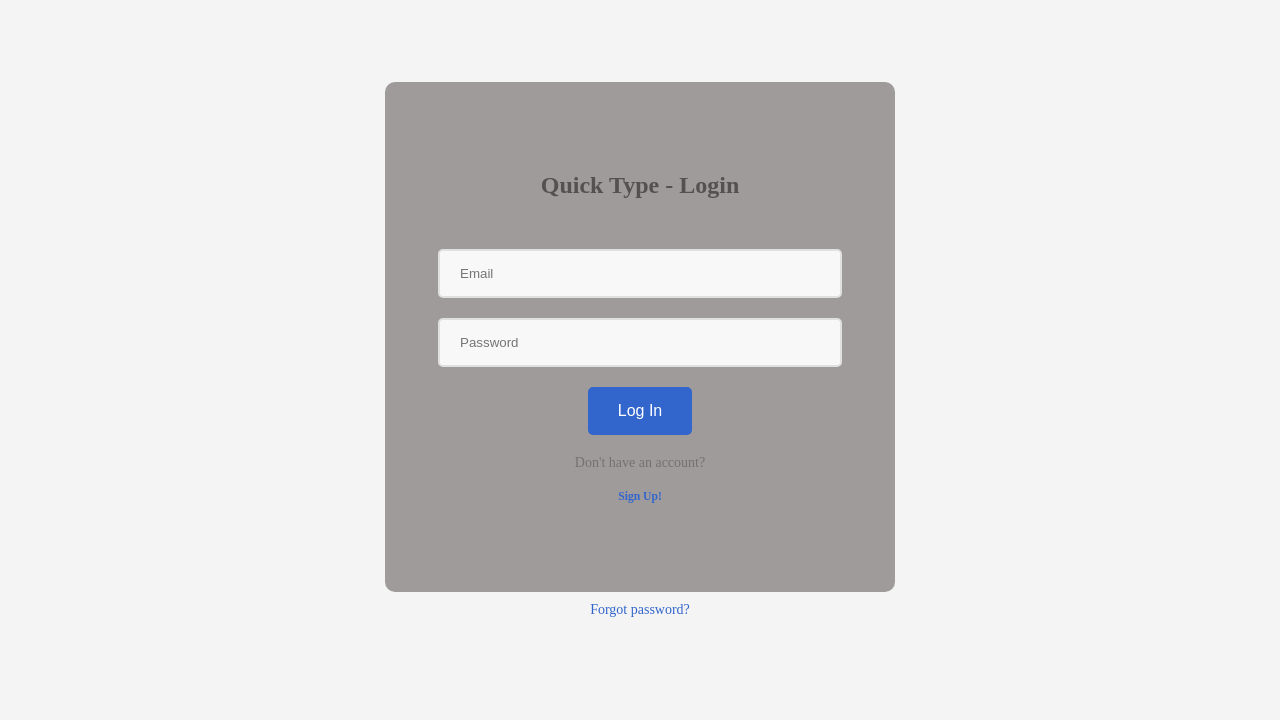
Repository: BuddyBob/mathmaking
Page: /#/login
These files come from the project's save history. The page is drawn as it stood at one moment and after the next save; the edit follows.
The browser window is 1280 px wide. The pictures show the whole page.
The project was rebuilt for these pictures with package versions that can differ from the ones it lists, and the page was loaded fresh each time. Also part of the build but not shown: webpack.config.js, src/Home.js, src/components/register/Signup.js.

Above is the page before, as saved 2023-06-10 11:31:21.

### public/index.html
<!DOCTYPE html>
<html lang="en">
  <head>
    <meta charset="utf-8" />
    <link rel="icon" href="%PUBLIC_URL%/favicon.ico" />
    <meta name="viewport" content="width=device-width, initial-scale=1" />
    <meta name="theme-color" content="#000000" />
    <meta
      name="description"
      content="Web site created using create-react-app"
    />
    <link rel="apple-touch-icon" href="%PUBLIC_URL%/logo192.png" />

    <link rel="manifest" href="%PUBLIC_URL%/manifest.json" />

    <title>Math Making</title>
  </head>
  <body>
    <noscript>You need to enable JavaScript to run this app.</noscript>
    <div id="root"></div>

  </body>
</html>

### src/index.js
import App from './App';
import { AuthProvider } from './components/context/AuthContext';
import React from 'react';
import ReactDOM from 'react-dom';
import { HashRouter as Router } from 'react-router-dom';
ReactDOM.render(

    <Router>
        <AuthProvider>
        < App />
        </AuthProvider>
    </Router>, document.getElementById("root"));

### src/App.js
import {
  Route,
  Routes,
} from "react-router-dom";

import Home from "./Home";
import Login from './components/register/Login'
import Signup from './components/register/Signup'

export default function App() {
  return (
        <Routes>
            <Route  exact path='/' element={<Home/>} />
            <Route exact path='/signup' element={<Signup/>}/>
            <Route exact path='/login' element={<Login/>}/>
        </Routes>
  );
}

### src/components/context/AuthContext.js
import React,  { useContext, useState, useEffect } from 'react'
import { auth } from '../../firebase'
const AuthContext = React.createContext()
export function useAuth() {
    return useContext(AuthContext)
}
export function AuthProvider({children}) {
    const [currentUser, setCurrentUser] = useState()
    const [loading, setLoading] = useState(true)
    function signup(email,password){
        return auth.createUserWithEmailAndPassword(email,password)
    }
    function login(email,password){
        return auth.signInWithEmailAndPassword(email,password)
    }
    function logout(){
        return auth.signOut()
    }
    function resetPassword(email){
        return auth.sendPasswordResetEmail(email)
    }
    useEffect(() => {
        const unsubscribe = auth.onAuthStateChanged(user => {
            setCurrentUser(user)
            setLoading(false)
        })
        return unsubscribe
    }, [])

    const value = {
        currentUser,
        login,
        signup,
        logout,
        resetPassword,
    }
    return (

        <AuthContext.Provider value={value}>
            {!loading && children}
        </AuthContext.Provider>
    )
}

### src/components/register/Login.js
import './Register.css'

import { Alert, AlertTitle } from '@material-ui/lab';
import React, { useRef, useState } from 'react'

import CloseIcon from '@material-ui/icons/Close';
import IconButton from '@material-ui/core/IconButton';
import { Link } from 'react-router-dom'
import { makeStyles } from '@material-ui/core/styles';
import { useAuth } from '../context/AuthContext'
import { useNavigate } from 'react-router-dom';

const useStyles = makeStyles((theme) => ({
    root: {
      width: '100%',
      '& > * + *': {
        marginTop: theme.spacing(),
      },
    },
    errorText: {
        textAlign: 'left'
    }
  }));
function modErrors(error){
    console.log(error)
    switch (true){
        case error === 'There is no user record corresponding to this identifier. The user may have been deleted.':
            error = "We could not find this user."
        case error === "The password is invalid or the user does not have a password.":
            error = "We could not find this user."
    }
    return error;

}
const Login = () =>  {
        const classes = useStyles();
        const emailRef = useRef()
        const passwordRef = useRef()
        const { login } = useAuth()
        const [error, setError] = useState('')
        const [loading, setLoading] = useState("false")
        const navigate = useNavigate();
        async function handleSubmit(e) {
            e.preventDefault()
            try {
              setError('')
              setLoading("true")
              const x = await login(emailRef.current.value, passwordRef.current.value)
              console.log("LOGGED IN TO USER", x.user.uid)
              localStorage.setItem("currentUserId",x.user.uid)
              navigate('/')
            } catch(err) {
                setError(modErrors(err.message))
            }

            setLoading("false")
        }

        return (
            <div>
                <div className="wrapper fadeInDown">
                    <div id="formContent">
                        <div className="fadeIn first">
                        <h2 className="register-title">Quick Type - Login</h2>
                        </div>
                        {error &&
                            <div className={classes.root}>
                                <Alert
                                    action={
                                        <IconButton
                                        aria-label="close"
                                        color="inherit"
                                        size="small"
                                        onClick={() => {
                                            setError('');
                                        }}
                                        >
                                        <CloseIcon className={classes.closeIcon} fontSize="inherit" />
                                        </IconButton>
                                    }
                                className={classes.errorText}
                                severity="error">
                                    <AlertTitle>Oh No!</AlertTitle>
                                    {error}
                                </Alert>
                            </div>
                        }
                        <form onSubmit={handleSubmit}>
                            <input autoComplete="off" ref={emailRef} type="text" id="email" className="fadeIn second" name="login" placeholder="Email" required/>
                            <input autoComplete="off" ref={passwordRef} type="password" id="password" className="fadeIn third" name="login" placeholder="Password" required/>
                            <input disable={loading} type="submit" className="fadeIn fourth" value="Log In"/>
                        </form>
                        <div className="redirect-register">
                            <span className="redirect-register-text">Don't have an account? <Link to="/signup" style={{ textDecoration: 'none' }}><h5 className="redirect-register-click">Sign Up!</h5></Link></span>
                        </div>
                    </div>
                    <div className="pt-2 forgot-pwd">
                        <Link to="/forgot-password"> <span >Forgot password?</span></Link>
                    </div>
                </div>
            </div>
        )
}
export default Login

### src/firebase.js
import 'firebase/compat/auth';
import 'firebase/compat/firestore';

import firebase from 'firebase/compat/app';

const app = firebase.initializeApp({
    apiKey: "AIzaSyDUYKn6vGOKdjmqakLQxaPY67alcD0Vsd8",
    authDomain: "mathmaking-f547c.firebaseapp.com",
    projectId:  "mathmaking-f547c",
    storageBucket: "mathmaking-f547c.appspot.com",
    messagingSenderId: "939151747045",
    appId: "1:939151747045:web:788ff28e0c364e37fab10c"
})
export const auth = app.auth()
export var db = firebase.firestore();

### src/index.css
:root {
  --primary-color: #3366CC;
  --secondary-color: #FF9933;
  --background-color: #F4F4F4;
  --text-color: #737272;
  --title-color: #565151;
}
@import url('https://fonts.googleapis.com/css2?family=Open+Sans:wght@300;400&family=Roboto:wght@500&display=swap');

html {
  -webkit-overflow-x-scrolling: hidden;
  overflow-x: hidden !important;
}

body {
  margin: 0;
  padding: 0;
  -webkit-overflow-x-scrolling: hidden;
  overflow-x: hidden !important;
  color: var(--text-color);
  height: 100%;
  flex-direction: column;
  justify-content: center;
  align-items: center;
}

@media screen and (min-height: 800px) {
  body {
    overflow-y: hidden;
  }
}

.title {
  font-family: 'Open Sans', sans-serif;
  font-family: 'Roboto', sans-serif;
  font-size: 100px;
  color: var(--title-color);
  text-align: center;
  margin-bottom: 10px;
}

.subtitle {
  font-family: 'Verdana', sans-serif;
  font-size: 22pt;
  color: var(--text-color);
  text-align: center;
  margin-top: 5px;
}

.container {
  display: flex;
  justify-content: center;
  align-items: center;
  height: 100vh;
}

.login-button {
  display: inline-block;
  padding: 10px 20px;
  font-family: 'Arial', sans-serif;
  font-size: 16px;
  color: #fff;
  background-color: var(--primary-color);
  border: none;
  border-radius: 5px;
  cursor: pointer;
  transition: background-color 0.3s ease;
}

.login-button:hover {
  background-color: var(--secondary-color);
}

.login-button:focus {
  outline: none;
}

.login-button:active {
  background-color: var(--highlight);
}

.Home {
  text-align: center;
}

.addUser-icon,
.login-icon {
  color: var(--text-color);
  margin: 10px;
  transition: color 0.3s ease;
}

.addUser-icon:hover,
.login-icon:hover {
  color: var(--primary-color);
}

### src/components/register/Register.css
:root {
  --primary-color: #3366CC;
  --secondary-color: #FF9933;
  --background-color: #F4F4F4;
  --background-color2: rgb(159, 155, 155);
  --text-color: #737272;
  --title-color: #565151;
}
  /* Wrapper */
  .wrapper {
    display: flex;
    align-items: center;
    justify-content: center;
    flex-direction: column;
    min-height: 100vh;
    background-color: var(--background-color);
  }

  /* Form Content */
  #formContent {
    background-color: var(--background-color2);
    padding: 30px;
    width: 90%;
    max-width: 450px;
    height: 450px;
    border-radius: 10px;
    text-align: center;
  }

  /* Title */
  .register-title {
    color: var(--title-color);
    font-size: 24px;
    margin-bottom: 50px;
    margin-top: 60px;
  }

  /* Error Message */
  .error-container {
    margin-bottom: 20px;
  }

  .error-text {
    color: var(--title-color);
    font-size: 14px;
    text-align: left;
  }

  .closeIcon {
    color: var(--title-color);
  }

  /* Form Inputs */
  input[type="text"],
  input[type="password"] {
    background-color: #F8F8F8;
    border: 2px solid #E0E0E0;
    color: var(--text-color);
    padding: 15px 20px;
    margin-bottom: 20px;
    width: 80%;
    border-radius: 5px;
    transition: border-color 0.3s ease;
  }

  input[type="text"]:focus,
  input[type="password"]:focus {
    border-color: var(--primary-color);
    outline: none;
  }

  /* Submit Button */
  input[type="submit"] {
    background-color: var(--primary-color);
    border: none;
    color: #FFFFFF;
    padding: 15px 30px;
    text-align: center;
    text-decoration: none;
    font-size: 16px;
    border-radius: 5px;
    cursor: pointer;
    transition: background-color 0.3s ease;
  }

  input[type="submit"]:hover {
    background-color: var(--secondary-color);
  }

  /* Redirect Register */
  .redirect-register {
    margin-top: 20px;
    color: var(--text-color);
    font-size: 14px;
  }

  .redirect-register-text {
    color: var(--text-color);
  }

  .redirect-register-click {
    color: var(--primary-color);
    text-decoration: none;
  }

  .redirect-register-click:hover {
    text-decoration: underline;
  }

  /* Forgot Password */
  .forgot-pwd {
    margin-top: 10px;
    color: var(--text-color);
    font-size: 14px;
    text-align: center; /* Center the text horizontally */
    margin-bottom: 20px; /* Add some space below the forgot password link */
  }

  .forgot-pwd a {
    color: var(--primary-color);
    text-decoration: none;
  }

  .forgot-pwd a:hover {
    text-decoration: underline;
  }

After the next save:
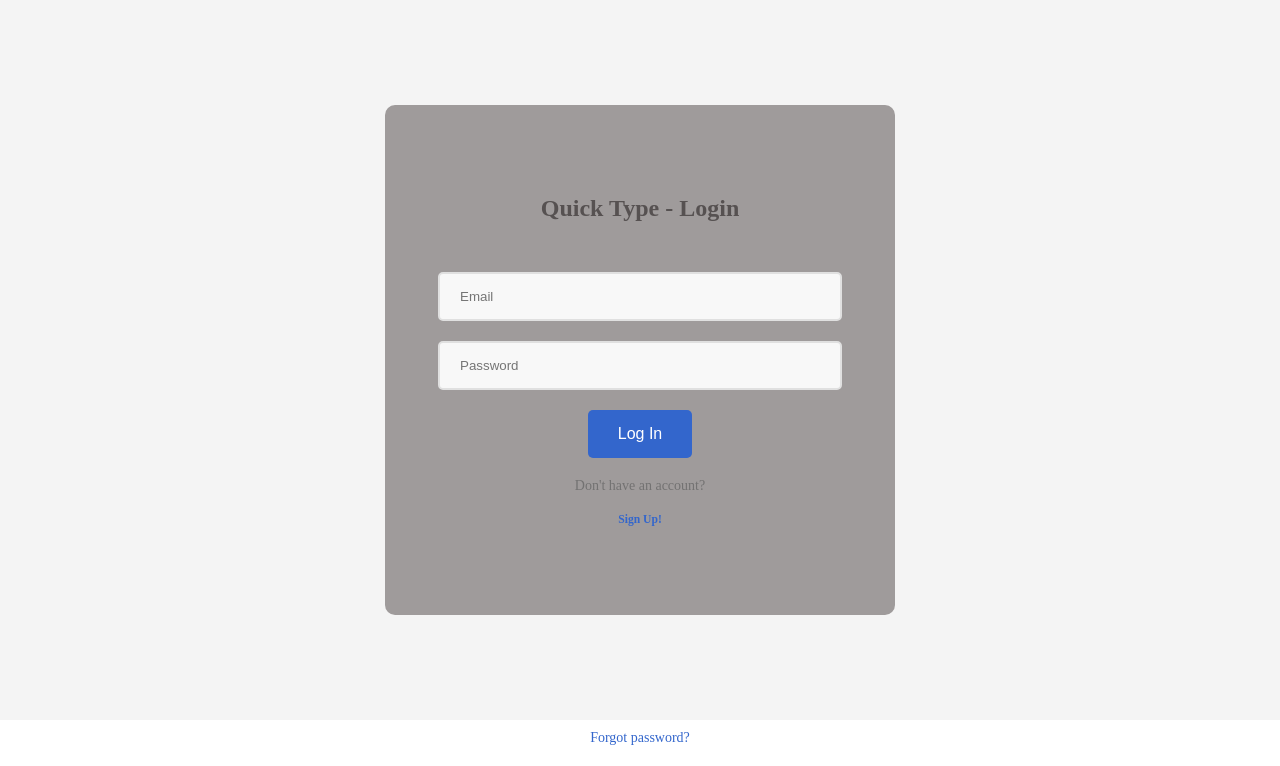
Saved 7 s later.
--- a/src/components/register/Login.js
+++ b/src/components/register/Login.js
@@ -94,10 +94,10 @@
                             <span className="redirect-register-text">Don't have an account? <Link to="/signup" style={{ textDecoration: 'none' }}><h5 className="redirect-register-click">Sign Up!</h5></Link></span>
                         </div>
                     </div>
-                    <div className="pt-2 forgot-pwd">
+                </div>
+                <div className="pt-2 forgot-pwd">
                         <Link to="/forgot-password"> <span >Forgot password?</span></Link>
                     </div>
-                </div>
             </div>
         )
 }

After the save that followed:
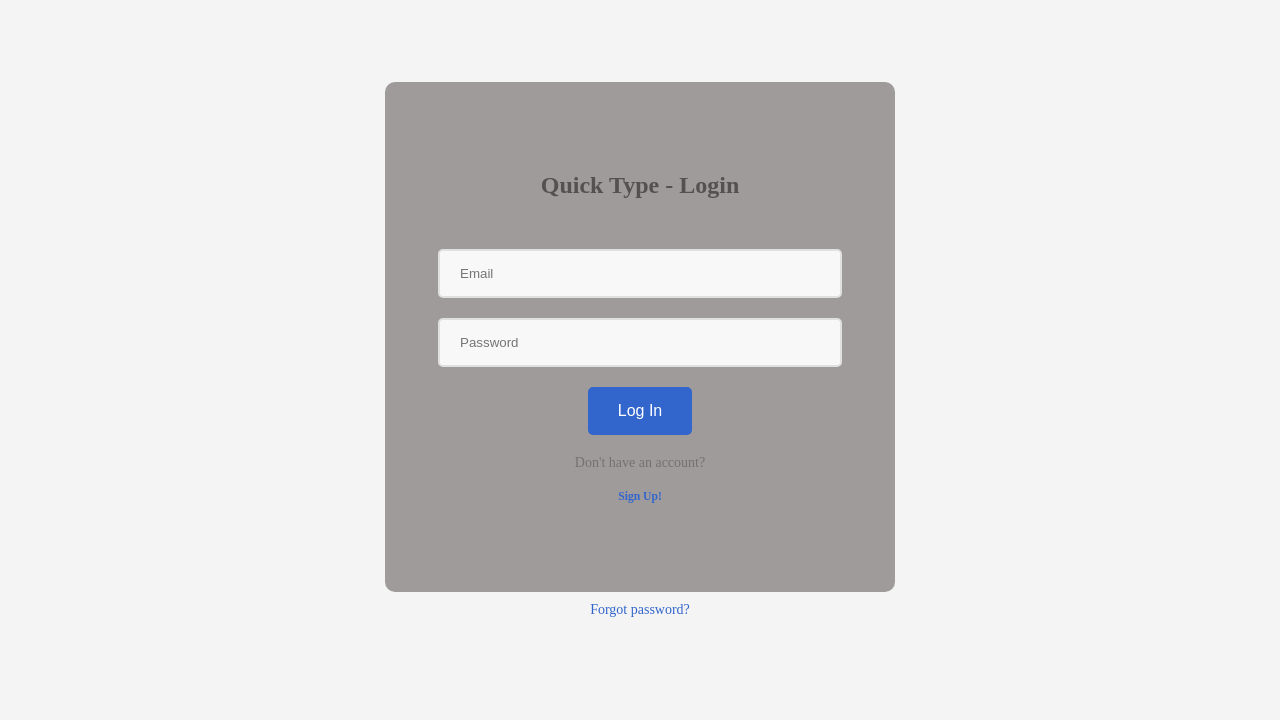
Saved 11 s later.
--- a/src/components/register/Login.js
+++ b/src/components/register/Login.js
@@ -94,10 +94,10 @@
                             <span className="redirect-register-text">Don't have an account? <Link to="/signup" style={{ textDecoration: 'none' }}><h5 className="redirect-register-click">Sign Up!</h5></Link></span>
                         </div>
                     </div>
-                </div>
-                <div className="pt-2 forgot-pwd">
+                    <div className="pt-2 forgot-pwd">
                         <Link to="/forgot-password"> <span >Forgot password?</span></Link>
                     </div>
+                </div>
             </div>
         )
 }
